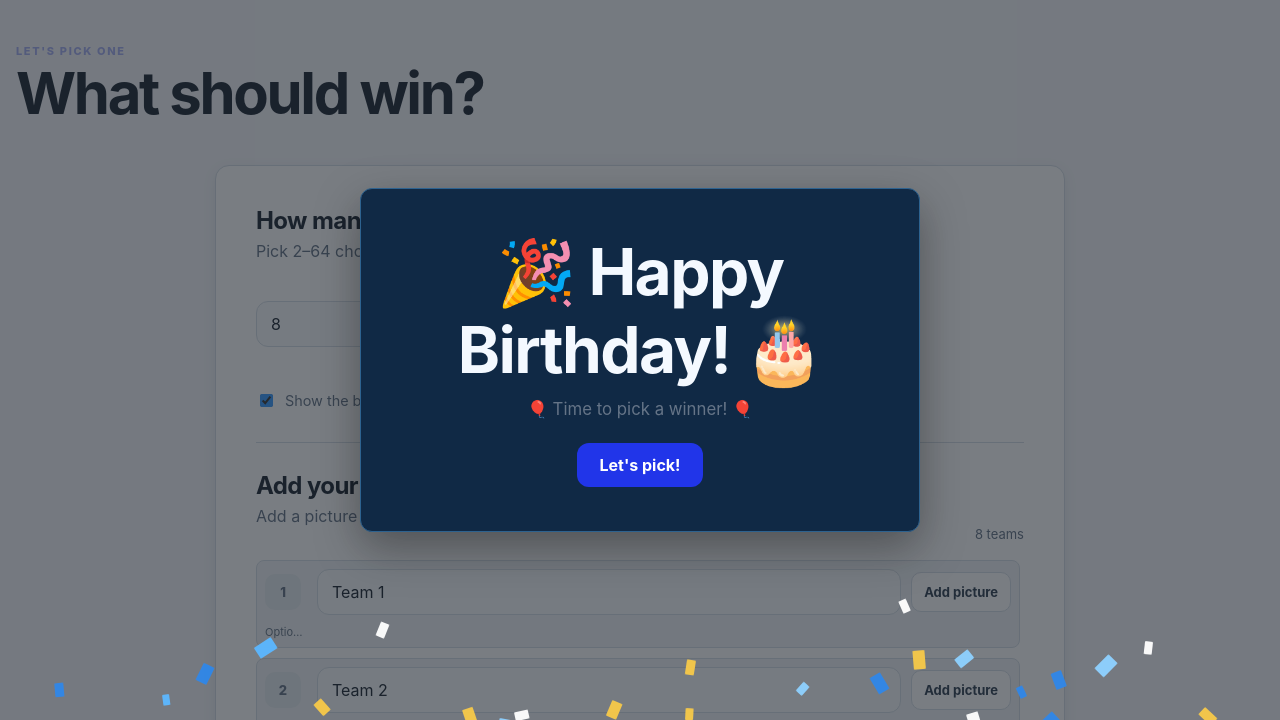
Repository: Ryan-Damm/Bracket
Page: bracket-simulator.html
An editor plug-in stored every save of this project. The page is shown before and after the next save, followed by the edit.
The browser window is 1280 px wide. The pictures show the window.
A layer covers the whole window, so only the first screen is drawn. An inner scrolling area shows only its first screen.

Above is the page before, as saved 2026-10-04 21:41:28.

### bracket-simulator.html
<!DOCTYPE html>
<html lang="en">
<head>
    <meta charset="UTF-8">
    <meta name="viewport" content="width=device-width, initial-scale=1.0">
    <title>Birthday Bracket</title>
    <style>
* {
    box-sizing: border-box;
}

:root {
    --bg: #f6f7fb;
    --panel: #ffffff;
    --card: #f0f4f8;
    --card-hover: #e7f0f7;
    --border: #d5dde6;
    --text: #1d2733;
    --muted: #657487;
    --accent: #e85d75;
    --accent-light: #f6b4c2;
    --accent-dark: #b83d57;
    --accent-soft: #fff0f3;
    --accent-complement: #3c9b72;
    --danger: var(--accent-dark);
    --green: var(--accent-complement);
}

body {
    margin: 0;
    min-height: 100vh;
    font-family: Inter, ui-sans-serif, system-ui, -apple-system, BlinkMacSystemFont, "Segoe UI", sans-serif;
    background: var(--bg);
    color: var(--text);
}

button,
input {
    font: inherit;
}

button {
    cursor: pointer;
}

button:focus-visible,
input:focus-visible {
    outline: 2px solid var(--accent-light);
    outline-offset: 2px;
}

.app {
    width: min(1500px, calc(100% - 32px));
    margin: 0 auto;
    padding: 44px 0 70px;
}

.hero {
    display: flex;
    justify-content: space-between;
    gap: 24px;
    align-items: flex-start;
    margin-bottom: 34px;
}

.eyebrow {
    margin: 0 0 7px;
    color: var(--accent-light);
    font-size: 11px;
    font-weight: 800;
    letter-spacing: 0.15em;
}

h1,
h2,
p {
    margin-top: 0;
}

h1 {
    margin-bottom: 9px;
    font-size: clamp(34px, 5vw, 58px);
    line-height: 0.98;
    letter-spacing: -0.04em;
}

h2 {
    margin-bottom: 6px;
    letter-spacing: -0.025em;
}

.subtitle,
.setup-card p,
.instruction {
    color: var(--muted);
}

.subtitle {
    margin-bottom: 0;
    font-size: 16px;
}

.setup-card {
    max-width: 850px;
    margin: 0 auto;
    padding: clamp(22px, 4vw, 40px);
    background: var(--panel);
    border: 1px solid var(--border);
    border-radius: 14px;
    box-shadow: 0 4px 14px rgba(30, 45, 60, 0.08);
}

.step {
    display: flex;
    gap: 16px;
    align-items: flex-start;
}

.step-number {
    display: grid;
    place-items: center;
    flex: 0 0 34px;
    width: 34px;
    height: 34px;
    border-radius: 50%;
    background: var(--accent-soft);
    color: var(--accent-light);
    font-weight: 800;
}

.team-count-row {
    display: flex;
    gap: 10px;
    margin-top: 24px;
}

.team-count-row input {
    width: 140px;
}

input[type="number"],
.team-name-input {
    min-height: 46px;
    border: 1px solid var(--border);
    border-radius: 12px;
    background: #f8fafc;
    color: var(--text);
    padding: 0 14px;
}

.primary-button,
.secondary-button,
.ghost-button {
    min-height: 44px;
    border-radius: 11px;
    border: 1px solid transparent;
    padding: 0 17px;
    color: var(--text);
    font-weight: 750;
    transition: transform 140ms ease, background 140ms ease, border-color 140ms ease;
}

.primary-button {
    background: var(--accent);
}

.primary-button:hover {
    background: var(--accent-dark);
    transform: translateY(-1px);
}

.secondary-button {
    background: #eef2f6;
    border-color: var(--border);
}

.secondary-button:hover:not(:disabled),
.ghost-button:hover {
    background: #e3e9ef;
}

.secondary-button:disabled {
    cursor: not-allowed;
    opacity: 0.4;
}

.ghost-button {
    background: transparent;
    border-color: var(--border);
}

.hidden {
    display: none !important;
}

.error-message {
    min-height: 20px;
    margin: 12px 0 0;
    color: var(--danger) !important;
    font-size: 13px;
}

.team-form {
    margin-top: 32px;
    border-top: 1px solid var(--border);
    padding-top: 28px;
}

.form-heading {
    display: flex;
    justify-content: space-between;
    gap: 16px;
    align-items: flex-end;
    margin-bottom: 18px;
}

.form-heading > span {
    color: var(--muted);
    font-size: 13px;
    white-space: nowrap;
}

.team-fields {
    display: grid;
    gap: 10px;
    max-height: 520px;
    overflow: auto;
    padding-right: 4px;
}

.team-field {
    display: grid;
    grid-template-columns: 42px minmax(0, 1fr) auto;
    gap: 10px;
    align-items: center;
    padding: 8px;
    border: 1px solid var(--border);
    border-radius: 8px;
    background: #f1f4f7;
}

.team-number {
    display: grid;
    place-items: center;
    width: 36px;
    height: 36px;
    border-radius: 10px;
    background: #e5ebf0;
    color: var(--muted);
    font-size: 13px;
    font-weight: 800;
}

.team-name-input {
    width: 100%;
}

.file-label {
    position: relative;
    display: inline-flex;
    align-items: center;
    justify-content: center;
    min-height: 40px;
    padding: 0 12px;
    border: 1px solid var(--border);
    border-radius: 10px;
    background: #ffffff;
    color: #314052;
    font-size: 13px;
    font-weight: 700;
    cursor: pointer;
    white-space: nowrap;
}

.file-label:hover {
    background: #e3e9ef;
}

.file-label input {
    position: absolute;
    width: 1px;
    height: 1px;
    opacity: 0;
    pointer-events: none;
}

.file-status {
    color: var(--muted);
    font-size: 11px;
    max-width: 110px;
    overflow: hidden;
    text-overflow: ellipsis;
    white-space: nowrap;
}

.start-button {
    width: 100%;
    margin-top: 18px;
    min-height: 50px;
}

.bracket-screen {
    animation: appear 240ms ease;
}

@keyframes appear {
    from { opacity: 0; transform: translateY(7px); }
    to { opacity: 1; transform: translateY(0); }
}

.toolbar {
    display: flex;
    justify-content: space-between;
    align-items: flex-end;
    gap: 20px;
    margin-bottom: 24px;
}

.toolbar h2 {
    margin-bottom: 4px;
    font-size: 28px;
}

.instruction {
    margin: 0;
    font-size: 14px;
}

.toolbar-actions {
    display: flex;
    gap: 8px;
    flex-wrap: wrap;
}

.bracket-container {
    display: flex;
    align-items: stretch;
    gap: 46px;
    min-height: 520px;
    padding: 20px 8px 36px;
    overflow-x: auto;
    scrollbar-width: thin;
}

.round {
    display: flex;
    flex-direction: column;
    flex: 0 0 220px;
    min-width: 220px;
}

.round-title {
    margin-bottom: 16px;
    color: var(--muted);
    text-align: center;
    font-size: 18px;
    font-weight: 850;
    letter-spacing: 0.1em;
    text-transform: uppercase;
}

.match-list {
    display: flex;
    flex-direction: column;
    flex: 1;
    justify-content: space-around;
    gap: 20px;
}

.match {
    position: relative;
    display: flex;
    flex-direction: column;
    border: 1px solid var(--border);
    border-radius: 8px;
    background: var(--panel);
    overflow: visible;
    box-shadow: 0 2px 8px rgba(30, 45, 60, 0.06);
}

.team {
    position: relative;
    display: flex;
    align-items: center;
    gap: 10px;
    width: 100%;
    min-height: 110px;
    padding: 8px 12px;
    border: 0;
    border-bottom: 1px solid var(--border);
    background: transparent;
    color: var(--text);
    text-align: left;
    transition: background 130ms ease, transform 130ms ease;
}

.team:last-child {
    border-bottom: 0;
}

.team.clickable:hover {
    background: var(--card-hover);
    transform: translateX(2px);
}

.team.winner {
    background: rgba(103, 230, 165, 0.08);
}

.team.winner::after {
    content: "✓";
    margin-left: auto;
    color: var(--green);
    font-weight: 900;
}

.team.tbd {
    color: #8a96a3;
    font-style: italic;
}

.team.bye {
    color: #8a96a3;
    background: #f1f4f7;
    font-style: italic;
}

.team-avatar {
    display: grid;
    place-items: center;
    flex: 0 0 92px;
    width: 92px;
    height: 92px;
    overflow: hidden;
    border-radius: 9px;
    background: #e85d75;
    color: #ffffff;
    font-size: 12px;
    font-weight: 850;
}

    .team-avatar img { width: 100%; height: 100%; object-fit: cover; display: block; }

.team-avatar img {
    width: 100%;
    height: 100%;
    object-fit: cover;
}

.team-name {
    min-width: 0;
    overflow: hidden;
    text-overflow: ellipsis;
    white-space: nowrap;
    font-size: 14px;
    font-weight: 750;
}


.winner-card {
    position: relative;
    max-width: 460px;
    margin: 30px auto 0;
    padding: 36px;
    text-align: center;
    border: 1px solid rgba(139, 124, 255, 0.45);
    border-radius: 14px;
    background: var(--panel);
    overflow: hidden;
    animation: winner-in 420ms cubic-bezier(.2,.8,.2,1);
}

@keyframes winner-in {
    from { opacity: 0; transform: scale(0.96) translateY(10px); }
    to { opacity: 1; transform: scale(1) translateY(0); }
}

.winner-glow {
    position: absolute;
    inset: -100px;
    pointer-events: none;
    background: transparent;
}

.winner-image-wrap {
    position: relative;
    display: grid;
    place-items: center;
    width: 120px;
    height: 120px;
    margin: 18px auto;
    border: 3px solid var(--accent);
    border-radius: 12px;
    overflow: hidden;
    background: #edf1f5;
    color: #ffffff;
    font-size: 28px;
    font-weight: 900;
}

.winner-image-wrap img {
    width: 100%;
    height: 100%;
    object-fit: cover;
}

.winner-card h2 {
    position: relative;
    margin-bottom: 5px;
    font-size: 30px;
}

.winner-card p {
    position: relative;
    color: var(--muted);
}

.winner-card .primary-button {
    position: relative;
    margin-top: 12px;
}

@media (max-width: 700px) {
    .app {
        width: min(100% - 20px, 1500px);
        padding-top: 25px;
    }

    .hero {
        align-items: flex-start;
    }

    .hero .ghost-button {
        padding: 0 12px;
    }

    .team-count-row {
        flex-direction: column;
    }

    .team-count-row input,
    .team-count-row button {
        width: 100%;
    }

    .team-field {
        grid-template-columns: 34px minmax(0, 1fr);
    }

    .team-number {
        width: 30px;
        height: 30px;
    }

    .file-label {
        grid-column: 2;
        justify-self: start;
    }

    .toolbar {
        align-items: flex-start;
        flex-direction: column;
    }

    .toolbar-actions {
        width: 100%;
    }

    .toolbar-actions button {
        flex: 1;
    }

    .bracket-container {
        margin: 0 -10px;
        padding-left: 10px;
    }
}


    .birthday-overlay {
      position: fixed;
      inset: 0;
      z-index: 1000;
      display: grid;
      place-items: center;
      background: rgba(25, 31, 40, 0.58);
      opacity: 0;
      pointer-events: none;
      transition: opacity .2s ease;
    }
    .birthday-overlay.show {
      opacity: 1;
      pointer-events: auto;
    }
    .birthday-card {
      width: min(92vw, 560px);
      padding: 44px 32px;
      text-align: center;
      border: 1px solid #2d628f;
      border-radius: 12px;
      background: #102945;
      box-shadow: 0 16px 45px rgba(0,0,0,.35);
    }
    .birthday-card h2 {
      margin: 0 0 10px;
      font-size: clamp(2.4rem, 7vw, 4rem);
      color: #f4f9ff;
    }
    .birthday-card p {
      margin: 0 0 24px;
      color: var(--muted);
      font-size: 1.05rem;
    }
    .birthday-card button {
      border: 0;
      border-radius: 12px;
      padding: 12px 22px;
      background: var(--accent);
      color: white;
      font-weight: 700;
      cursor: pointer;
    }
    .birthday-settings {
      display: flex;
      align-items: center;
      gap: 9px;
      margin-top: 12px;
      color: var(--muted);
      font-size: .9rem;
    }
    .birthday-settings input {
      accent-color: #3b9cff;
    }
    .confetti-piece {
      position: fixed;
      top: -40px;
      z-index: 2000;
      display: block;
      pointer-events: none;
      border-radius: 1px;
      animation: confetti-fall linear forwards;
    }
    @keyframes confetti-fall {
      0% {
        transform: translate3d(0, 0, 0) rotate(0deg);
        opacity: 1;
      }
      100% {
        transform: translate3d(var(--drift), 115vh, 0) rotate(var(--rotation));
        opacity: 0.95;
      }
    }

  </style>
</head>
<body>
    <main class="app">
        <header class="hero">
            <div>
                <p class="eyebrow">LET'S PICK ONE</p>
                <h1>What should win?</h1>
            </div>
            <button id="reset-button" class="ghost-button hidden" type="button">New bracket</button>
        </header>

        <section id="setup-screen" class="setup-screen">
            <div class="setup-card">

                <div class="step">
                    <div>
                        <h2>How many choices?</h2>
                        <p>Pick 2–64 choices. If the number is uneven, the bracket will handle the byes for you.</p>
                    </div>
                </div>

                <div class="team-count-row">
                    <input id="teams-input" type="number" min="2" max="64" value="8" aria-label="Number of teams">
                    <button id="create-teams-button" class="primary-button" type="button">Set up teams</button>
                </div>

                <p id="setup-error" class="error-message" role="alert"></p>

                <label class="birthday-settings"><input id="birthdayToggle" type="checkbox" checked> Show the birthday surprise when the page opens</label>

                <div id="team-form" class="team-form hidden">
                    <div class="form-heading">
                        <div>
                            <h2>Add your choices</h2>
                            <p>Add a picture for each choice.</p>
                        </div>
                        <span id="team-count-label"></span>
                    </div>

                    <div id="team-fields" class="team-fields"></div>

                    <button id="start-button" class="primary-button start-button" type="button">
                        Start the birthday bracket
                    </button>
                </div>
            </div>
        </section>

        <section id="bracket-screen" class="bracket-screen hidden">
            <div class="toolbar">
                <div>
                    <p class="eyebrow">LET'S PICK ONE</p>
                    <h2 id="tournament-title">The choices</h2>
                    <p id="instruction" class="instruction">Pick which one should win each round.</p>
                </div>
                <div class="toolbar-actions">
                    <button id="undo-button" class="secondary-button" type="button" disabled>↶ Back</button>
                    <button id="restart-button" class="secondary-button" type="button">Restart</button>
                </div>
            </div>

            <div id="bracket-container" class="bracket-container" aria-live="polite"></div>

            <section id="winner-card" class="winner-card hidden">
                <div class="winner-glow"></div>
                <p class="eyebrow">WE HAVE A WINNER</p>
                <div id="winner-image-wrap" class="winner-image-wrap"></div>
                <h2 id="winner-name"></h2>
                <p id="winner-subtitle">That's the one!</p>
                <button id="new-tournament-button" class="primary-button" type="button">Make a new bracket</button>
            </section>
        </section>
    </main>

  <div id="birthdayOverlay" class="birthday-overlay" aria-hidden="true">
    <div class="birthday-card">
      <h2>🎉 Happy Birthday! 🎂</h2>
      <p>🎈 Time to pick a winner! 🎈</p>
      <button id="closeBirthday">Let's pick!</button>
    </div>
  </div>

    <script src="colors.js"></script>
    <script src="bracket-simulator.js"></script>

</body>
</html>

### colors.js
// Change this ONE color to restyle the whole bracket.
// The other colors are calculated from it.
const MAIN_COLOR = "#2135e9";

function hexToHsl(hex) {
    const value = hex.replace("#", "");
    const r = parseInt(value.slice(0, 2), 16) / 255;
    const g = parseInt(value.slice(2, 4), 16) / 255;
    const b = parseInt(value.slice(4, 6), 16) / 255;

    const max = Math.max(r, g, b);
    const min = Math.min(r, g, b);
    let h = 0;
    let s = 0;
    const l = (max + min) / 2;
    const d = max - min;

    if (d !== 0) {
        s = d / (1 - Math.abs(2 * l - 1));
        switch (max) {
            case r: h = ((g - b) / d) % 6; break;
            case g: h = (b - r) / d + 2; break;
            default: h = (r - g) / d + 4; break;
        }
        h *= 60;
        if (h < 0) h += 360;
    }

    return [h, s * 100, l * 100];
}

const [h, s, l] = hexToHsl(MAIN_COLOR);
const root = document.documentElement;

root.style.setProperty("--accent", MAIN_COLOR);
root.style.setProperty("--accent-light", `hsl(${h}, ${Math.min(s, 75)}%, ${Math.min(l + 28, 92)}%)`);
root.style.setProperty("--accent-dark", `hsl(${h}, ${Math.min(s + 8, 90)}%, ${Math.max(l - 18, 25)}%)`);
root.style.setProperty("--accent-soft", `hsl(${h}, ${Math.min(s, 70)}%, 94%)`);
root.style.setProperty("--accent-complement", `hsl(${(h + 180) % 360}, ${Math.min(s, 65)}%, 48%)`);

Loaded but not shown: bracket-simulator.js (571 lines, source omitted)

After the next save:
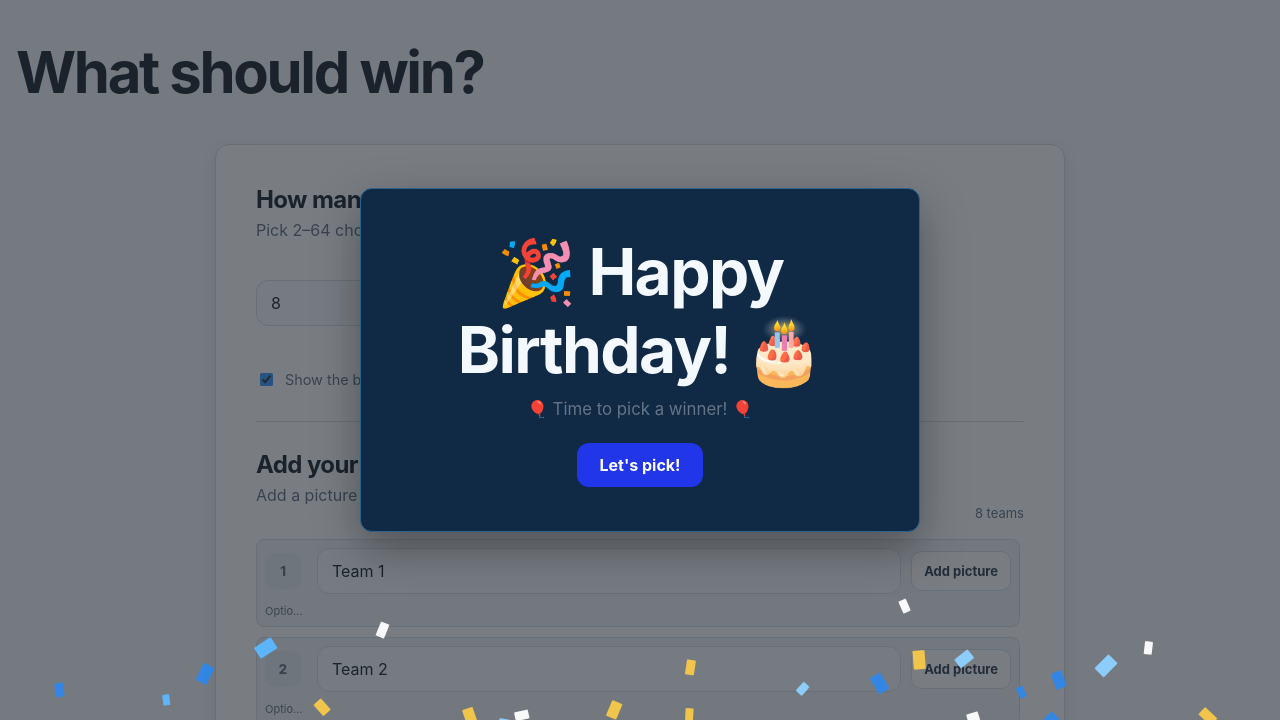
Saved 51 s later.
--- a/bracket-simulator.html
+++ b/bracket-simulator.html
@@ -657,7 +657,6 @@ input[type="number"],
     <main class="app">
         <header class="hero">
             <div>
-                <p class="eyebrow">LET'S PICK ONE</p>
                 <h1>What should win?</h1>
             </div>
             <button id="reset-button" class="ghost-button hidden" type="button">New bracket</button>
